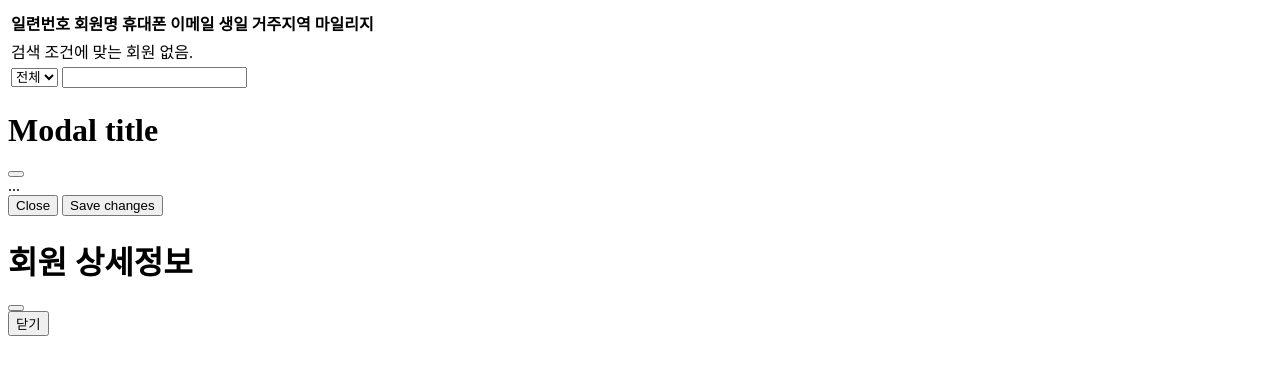
Repository: hoseolkim/restart
Page: http://localhost/WebStudy03_Mybatis/WEB-INF/views/member/memberList.jsp
The author's editor kept a copy of each file at every save. The page is drawn from the files as they stood at one save, then again after the next save.
The browser window is 1280 px wide. The pictures show the whole page.
The page is served by Tomcat 9. Nobody is signed in. The template is opened directly, without the code that normally fills it, so the values that code supplies are empty.

Above is the page before, as saved 2023-10-04 07:37:05.
Console error: ReferenceError: $ is not defined

After the next save:
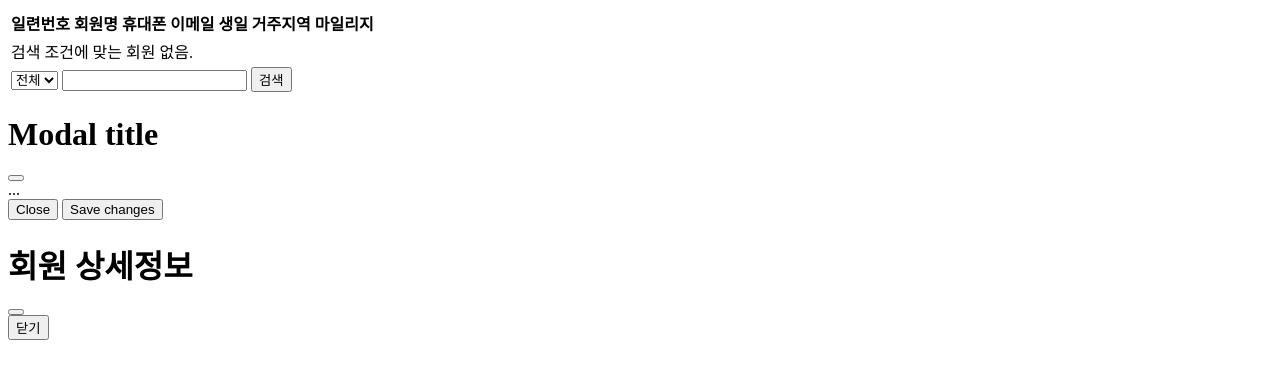
Saved 30 s later.
--- a/WebStudy03_Mybatis/src/main/webapp/WEB-INF/views/member/memberList.jsp
+++ b/WebStudy03_Mybatis/src/main/webapp/WEB-INF/views/member/memberList.jsp
@@ -45,6 +45,7 @@
 						<option value="address">지역</option>
 					</select>
 					<input type="text" name="searchWord" />
+					<input type="button" value="검색" />
 				</div>
 			</td>
 		</tr>
